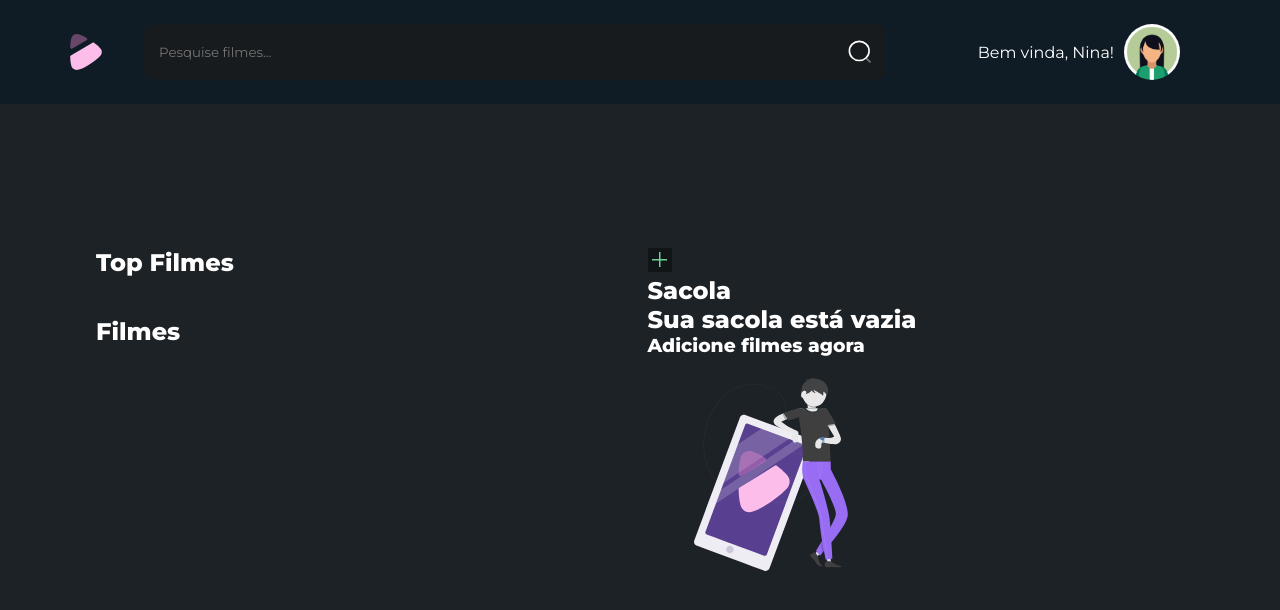
Repository: MilenaMelo/Cubos-Flix
Page: / (app in cubos-flix/)
These files come from the project's save history. The page is drawn as it stood at one moment and after the next save; the edit follows.
The browser window is 1280 px wide. The pictures show the whole page.
The project was rebuilt for these pictures with package versions that can differ from the ones it lists, and the page was loaded fresh each time. Also part of the build but not shown: cubos-flix/src/components/Bag/style.css.

Above is the page before, as saved 2021-06-19 15:06:10.

### cubos-flix/public/index.html
<!DOCTYPE html>
<html lang="en">
  <head>
    <meta charset="utf-8" />
    <link rel="icon" href="%PUBLIC_URL%/favicon.ico" />
    <meta name="viewport" content="width=device-width, initial-scale=1" />
    <meta name="theme-color" content="#000000" />
    <meta
      name="description"
      content="Web site created using create-react-app"
    />
    <link rel="apple-touch-icon" href="%PUBLIC_URL%/logo192.png" />
    <link rel="manifest" href="%PUBLIC_URL%/manifest.json" />
    <title>Cubos Flix</title>
  </head>
  <body>
    <noscript>You need to enable JavaScript to run this app.</noscript>
    <div id="root"></div>

  </body>
</html>

### cubos-flix/src/App.js
import './App.css';
import Navbar from './components/Navbar';
import Bag from './components/Bag';


function App() {
  return (
    <div className="app">
      <header className="header">
        <Navbar/>
      </header>
      <section className="content">
        <div className="top-movies">
          <h1>Top Filmes</h1>

        </div>
        <div className="all-movies">
          <h1>Filmes</h1>

        </div>

      </section>
      <section className="side-content">
        <Bag/>
      </section>
    </div>
  );
}

export default App;

### cubos-flix/src/App.css
@import url('https://fonts.googleapis.com/css2?family=Montserrat:wght@400;600;800&display=swap');

/* ----------- SCREEN ----------- */
* {
    margin: 0px;
    font-family: 'Montserrat', sans-serif;
    color: #FFFFFF;
}

/* ----------- APPLICATION ----------- */

.app {
    height: 100vh;
    display: grid;
    grid-template-areas: 'header header'
                         'content side-content';
    grid-gap: 24px 50px;
    background-color: #1D2226;
}

.header {
    grid-area: header;
}

.content {
    grid-area: content;
}

.side-content {
    grid-area: side-content;
}

/* ----------- MAIN CONTENT ----------- */

.content {
    padding-left: 96px;
}

.top-movies, .all-movies {
    margin-bottom: 40px;
}

### cubos-flix/src/components/Navbar/index.js
import './style.css'
import logo from '../../assets/images/logo.svg'
import search_icon from '../../assets/images/search-icon.svg'
import profile_img from '../../assets/images/profile.jpg'


function Navbar() {
    return (
        <header className='navbar'>
            <img className='logo' src={logo} alt="logo"/>
            <div className='search-container'>
                <input className='search-input' type="text" name="Pesquisa" placeholder="Pesquise filmes..."/>
                <img className='search-img' src={search_icon} alt="Input de pesquisa"/>
            </div>
            <div className='profile-container'>
                <span>Bem vinda, Nina!</span>
                <img className='profile-img' src={profile_img} alt="Foto de perfil"/>
            </div>
        </header>
    );
}

export default Navbar;

### cubos-flix/src/components/Bag/index.js
import './style.css'
import bag_logo from '../../assets/images/person-illustration.svg'
import bag_icon from '../../assets/images/plus-icon.svg'


function Bag() {
    return (
        <div className='bag-container'>
          <header className='bag-header'>
            <img src={bag_icon} alt="Ilustração" />
            <h1>Sacola</h1>
          </header>
          <div className='bag-content'>
            <h1>Sua sacola está vazia</h1>
            <h3>Adicione filmes agora</h3>
            <img src={bag_logo} alt="Ilustração" />
          </div>
        </div>
    );
}

export default Bag;

### cubos-flix/src/components/Navbar/style.css
/* ----------- NAVBAR ----------- */

.navbar {
    display: flex;
    padding: 24px 100px 24px 70px;
    background: #0F1C26;
}

/* ----------- LOGO ----------- */

.logo {
    margin-right: 42px;
}

/* ----------- SEARCH ----------- */

.search-container {
    display: flex;
    flex-grow: 1;
    position: relative;
    margin-right: 92px;
}

.search-input {
    width: 100%;
    outline: 0;
    padding: 16px 14px;
    border-radius: 10px;
    border: 1px solid transparent;
    background: #171B1E;
}

.search-input:hover {
    border: 1px solid #8C8C8C;
}

.search-input:focus {
    border: 1px solid #FDFDFD;
}

.search-img {
    height: 24px;
    cursor: pointer;
    align-self: center;
    position: absolute;
    right: 15px;
}

/* ----------- PROFILE ----------- */

.profile-container {
    display: flex;
    align-items: center;
    gap: 10px;
}

.profile-img {
    height: 56px;
    border-radius: 50%;
}

Loaded but not shown: cubos-flix/src/index.js (common file)

After the next save:
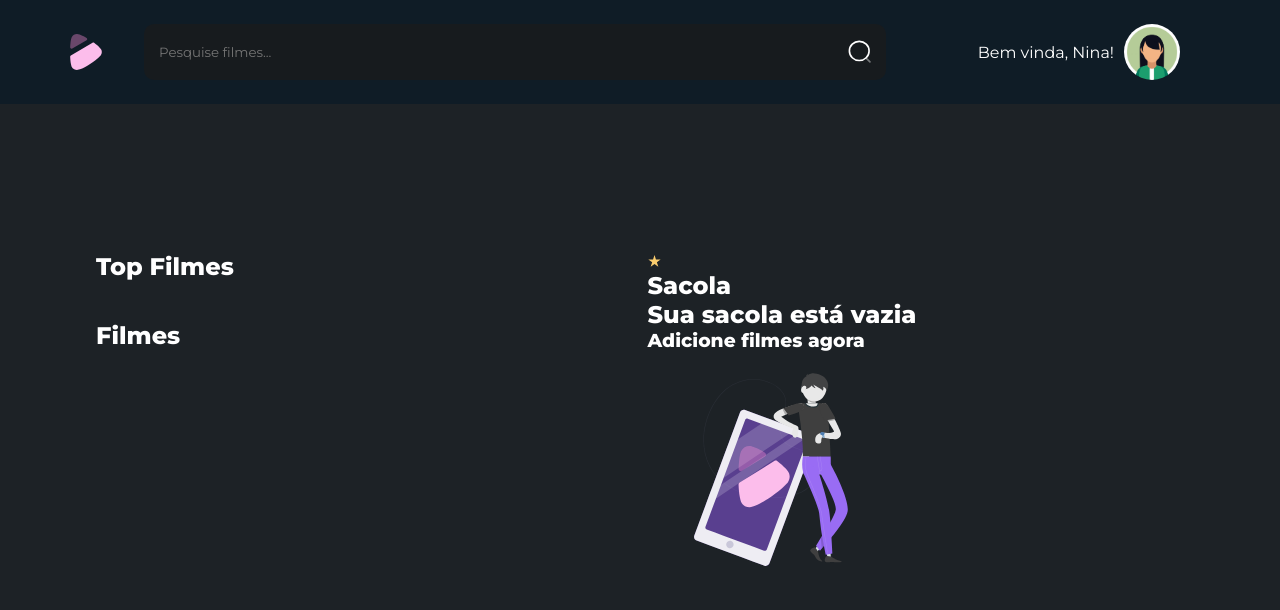
Saved 11 s later.
--- a/cubos-flix/src/components/Bag/index.js
+++ b/cubos-flix/src/components/Bag/index.js
@@ -1,6 +1,6 @@
 import './style.css'
 import bag_logo from '../../assets/images/person-illustration.svg'
-import bag_icon from '../../assets/images/plus-icon.svg'
+import bag_icon from '../../assets/images/golden-star.svg'
 
 
 function Bag() {

After the save that followed:
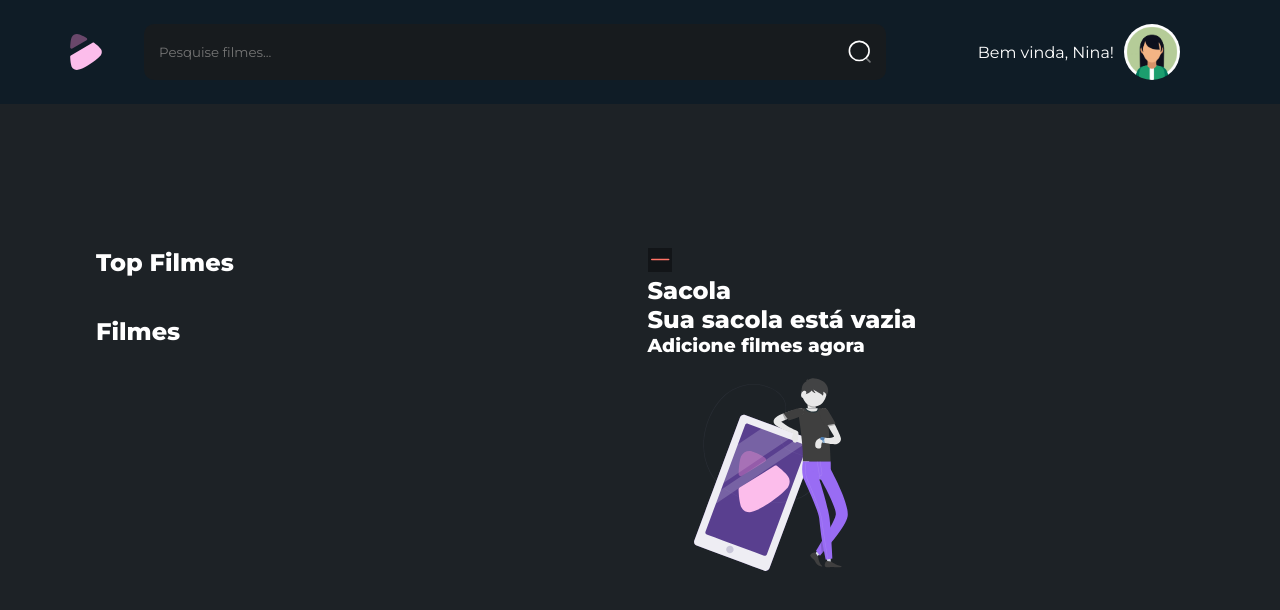
Saved 8 s later.
--- a/cubos-flix/src/components/Bag/index.js
+++ b/cubos-flix/src/components/Bag/index.js
@@ -1,6 +1,6 @@
 import './style.css'
 import bag_logo from '../../assets/images/person-illustration.svg'
-import bag_icon from '../../assets/images/golden-star.svg'
+import bag_icon from '../../assets/images/minus-icon.svg'
 
 
 function Bag() {
